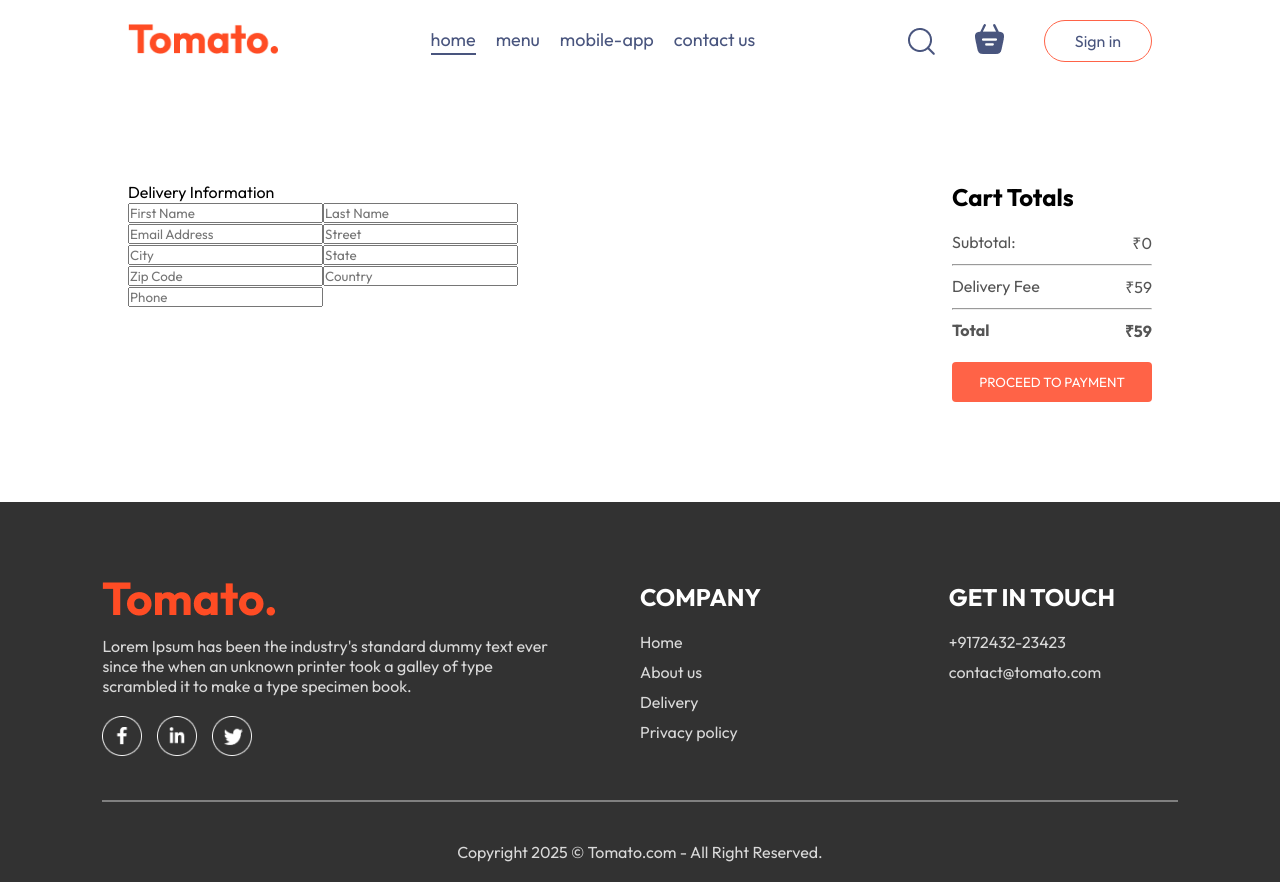
Repository: KartikChouhan03/food-delivery-app
Page: /order (app in frontend/)
The author's editor kept a copy of each file at every save. The page is drawn from the files as they stood at one save, then again after the next save.
The browser window is 1280 px wide. The pictures show the whole page.
Some web fonts or font styles are not loaded; a fallback is used. The project was rebuilt for these pictures with package versions that can differ from the ones it lists, and the page was loaded fresh each time. Also part of the build but not shown: frontend/vite.config.js, frontend/src/components/Header/Header.css, frontend/src/components/Header/Header.jsx, frontend/src/components/ExploreMenu/ExploreMenu.css, frontend/src/components/ExploreMenu/ExploreMenu.jsx, frontend/src/components/FoodDisplay/FoodDisplay.css, frontend/src/components/FoodItem/FoodItem.css, frontend/src/components/FoodItem/FoodItem.jsx and 7 more.

Above is the page before, as saved 2025-08-16 15:19:56.

### frontend/index.html
<!doctype html>
<html lang="en">
  <head>
    <meta charset="UTF-8" />
    <link rel="icon" type="image/svg+xml" href="" />
    <meta name="viewport" content="width=device-width, initial-scale=1.0" />
    <title>Foodify</title>
  </head>
  <body>
    <div id="root"></div>
    <script type="module" src="/src/main.jsx"></script>
  </body>
</html>

### frontend/src/main.jsx
import { createRoot } from 'react-dom/client'
import './index.css'
import App from './App.jsx'
import { BrowserRouter} from 'react-router-dom'
import StoreContextProvider from './context/StoreContext.jsx'


createRoot(document.getElementById('root')).render(
  <BrowserRouter>
    <StoreContextProvider>
      <App />
    </StoreContextProvider>
  </BrowserRouter>


)

### frontend/src/index.css

@import url('https://fonts.googleapis.com/css2?family=Montserrat:ital,wght@0,100..900;1,100..900&family=Outfit:wght@100..900&family=Playfair+Display:ital,wght@0,400..900;1,400..900&display=swap');


*{
  padding: 0;
  margin: 0;
  box-sizing: border-box;
  font-family: Outfit;
  scroll-behavior: smooth;
}

body{
  min-height: 100vh;
}

a{
  text-decoration: none;
  color: inherit;
}

.app{
  width: 80%;
  margin: auto;
}

@keyframes fadeIn{
  0%{
    opacity: 0;
  }
  100%{
    opacity: 1;
  }
}

### frontend/src/App.jsx
import React, { useState } from 'react'
import Navbar from './components/Navbar/Navbar'
import { Route, Routes } from 'react-router-dom'
import Home from './pages/Home/Home'
import Cart from './pages/Cart/Cart'
import PlaceOrder from './pages/PlaceOrder/PlaceOrder'
import Footer from './components/Footer/Footer'
import LoginPopup from './components/LoginPopup/LoginPopup'


const App = () => {

  const [showLogin,setShowLogin] = useState(false)


  return (
    <>
    {showLogin?<LoginPopup setShowLogin={setShowLogin}/>:<></>}
      <div className='app'>
        <Navbar setShowLogin={setShowLogin} />
        <Routes>
          <Route path="/" element={<Home />} />
          <Route path="/cart" element={<Cart />} />
          <Route path="/order" element={<PlaceOrder/>} />
        </Routes>
      </div>
      <Footer/>
    </>

  )
}

export default App

### frontend/src/context/StoreContext.jsx
import { createContext, useEffect, useState } from "react";
import { food_list } from "../assets/assets";


export const StoreContext = createContext(null)

const StoreContextProvider = (props) =>{

    const [cartItems, setCartItems] = useState({});

    const addToCart =(itemId)=>{
        if(!cartItems[itemId]){
            setCartItems((prev)=>({...prev,[itemId]:1}))
        }
        else{
            setCartItems((prev)=>({...prev,[itemId]:prev[itemId]+1}))
        }
    }

    const removeFromCart =(itemId) =>{
        setCartItems((prev)=>({...prev,[itemId]:prev[itemId]-1}))
    }


    const getTotalCartAmount =()=>{
        let totalAmount = 0;
        for(const item in cartItems){
            if(cartItems[item]>0){
                let itemInfo = food_list.find((product)=>product._id === item);
                totalAmount += itemInfo.price*cartItems[item];
            }
        }
        return totalAmount;
    }


    const contextValue = {
        food_list,
        cartItems,
        setCartItems,
        addToCart,
        removeFromCart,
        getTotalCartAmount,
    }



    return (
        <StoreContext.Provider value ={contextValue}>
            {props.children}
        </StoreContext.Provider>
    )

}

export default StoreContextProvider;

### frontend/src/components/Navbar/Navbar.jsx
import React, { useContext, useState } from 'react'
import './Navbar.css'
import {assets} from '../../assets/assets.js'
import {Link} from 'react-router-dom';
import { StoreContext } from '../../context/StoreContext.jsx';

const Navbar = ({setShowLogin}) => {

  const [menu,setMenu] = useState("home");

  const {getTotalCartAmount} = useContext(StoreContext);


  return (
    <div className='navbar'>
      <Link to='/'><img className='logo' src={assets.logo} alt="" /></Link>
      <ul className='navbar-menu'>
        <Link to='/' onClick={()=>setMenu("home")} className={menu==="home"?"active":""}>home</Link>
        <a href='#explore-menu' onClick={()=>setMenu("menu")} className={menu==="menu"?"active":""}>menu</a>
        <a href='#app-download' onClick={()=>setMenu("mobile-app")} className={menu==="mobile-app"?"active":""}>mobile-app</a>
        <a href='#footer' onClick={()=>setMenu("contact-us")} className={menu==="contact-us"?"active":""}>contact us</a>
      </ul>
      <div className="navbar-right">
        <img src={assets.search_icon} alt="" />
        <div className='navbar-search-icon'>
          <Link to='/cart'><img src={assets.basket_icon} alt="" /></Link>
          <div className={getTotalCartAmount()===0?"":"dot"}></div>
        </div>
        <button onClick={()=>setShowLogin(true)}>Sign in</button>
      </div>
    </div>
  )
}

export default Navbar

### frontend/src/pages/PlaceOrder/PlaceOrder.jsx
import React, { useContext } from 'react'
import './PlaceOrder.css'
import { StoreContext } from '../../context/StoreContext'

const PlaceOrder = () => {

  const {getTotalCartAmount} = useContext(StoreContext);

  return (
    <form className='place-order'>
      <div className="place-order-left">
        <p className='title'>Delivery Information</p>
        <div className="multi-fields">
          <input type='text' placeholder='First Name'/>
          <input type="text" placeholder='Last Name' />
        </div>
        <input type="text" placeholder='Email Address' />
        <input type="text" placeholder='Street' />
        <div className="multi-fields">
          <input type='text' placeholder='City'/>
          <input type="text" placeholder='State' />
        </div>
        <div className="multi-fields">
          <input type='text' placeholder='Zip Code'/>
          <input type="text" placeholder='Country' />
        </div>
        <input type="text" placeholder='Phone' />
      </div>
      <div className="place-order-right">
        <div className='cart-total'>
          <h2>Cart Totals</h2>
          <div>
            <div className="cart-total-details">
              <p>Subtotal:</p>
              <p>₹{getTotalCartAmount()}</p>
            </div>
            <hr />
            <div className="cart-total-details">
              <p>Delivery Fee</p>
              <p>₹{59}</p>
            </div>
            <hr />
            <div className="cart-total-details">
              <b>Total</b>
              <b>₹{getTotalCartAmount()+59}</b>
            </div>
          </div>
          <button>PROCEED TO PAYMENT</button>
        </div>
      </div>
    </form>
  )
}

export default PlaceOrder

### frontend/src/components/Footer/Footer.jsx
import React from 'react'
import './Footer.css'
import { assets } from '../../assets/assets'

const Footer = () => {
  return (
    <div className='footer' id='footer'>
      <div className="footer-content">
        <div className="footer-content-left">
            <img src={assets.logo} alt="" />
            <p>Lorem Ipsum has been the industry's standard dummy text ever since the when an unknown printer took a galley of type scrambled it to make a type specimen book.</p>
            <div className="footer-social-icons">
                <img src={assets.facebook_icon} alt="" />
                <img src={assets.linkedin_icon} alt="" />
                <img src={assets.twitter_icon} alt="" />
            </div>
        </div>
        <div className='footer-content-center'>
            <h2>COMPANY</h2>
            <ul>
                <li>Home</li>
                <li>About us</li>
                <li>Delivery</li>
                <li>Privacy policy</li>
            </ul>
        </div>
        <div className="footer-content-right">
            <h2>GET IN TOUCH</h2>
            <ul>
                <li>+9172432-23423</li>
                <li>contact@tomato.com</li>
            </ul>
        </div>
      </div>
      <hr />
        <p className='footer-copyright'>Copyright 2025 © Tomato.com - All Right Reserved.</p>
    </div>
  )
}

export default Footer

### frontend/src/assets/assets.js
import basket_icon from './basket_icon.png'
import logo from './logo.png'
import header_img from './header_img.png'
import search_icon from './search_icon.png'
import menu_1 from './menu_1.png'
import menu_2 from './menu_2.png'
import menu_3 from './menu_3.png'
import menu_4 from './menu_4.png'
import menu_5 from './menu_5.png'
import menu_6 from './menu_6.png'
import menu_7 from './menu_7.png'
import menu_8 from './menu_8.png'

import food_1 from './food_1.png'
import food_2 from './food_2.png'
import food_3 from './food_3.png'
import food_4 from './food_4.png'
import food_5 from './food_5.png'
import food_6 from './food_6.png'
import food_7 from './food_7.png'
import food_8 from './food_8.png'
import food_9 from './food_9.png'
import food_10 from './food_10.png'
import food_11 from './food_11.png'
import food_12 from './food_12.png'
import food_13 from './food_13.png'
import food_14 from './food_14.png'
import food_15 from './food_15.png'
import food_16 from './food_16.png'
import food_17 from './food_17.png'
import food_18 from './food_18.png'
import food_19 from './food_19.png'
import food_20 from './food_20.png'
import food_21 from './food_21.png'
import food_22 from './food_22.png'
import food_23 from './food_23.png'
import food_24 from './food_24.png'
import food_25 from './food_25.png'
import food_26 from './food_26.png'
import food_27 from './food_27.png'
import food_28 from './food_28.png'
import food_29 from './food_29.png'
import food_30 from './food_30.png'
import food_31 from './food_31.png'
import food_32 from './food_32.png'

import add_icon_white from './add_icon_white.png'
import add_icon_green from './add_icon_green.png'
import remove_icon_red from './remove_icon_red.png'
import app_store from './app_store.png'
import play_store from './play_store.png'
import linkedin_icon from './linkedin_icon.png'
import facebook_icon from './facebook_icon.png'
import twitter_icon from './twitter_icon.png'
import cross_icon from './cross_icon.png'
import selector_icon from './selector_icon.png'
import rating_starts from './rating_starts.png'
import profile_icon from './profile_icon.png'
import bag_icon from './bag_icon.png'
import logout_icon from './logout_icon.png'
import parcel_icon from './parcel_icon.png'

export const assets = {
    logo,
    basket_icon,
    header_img,
    search_icon,
    rating_starts,
    add_icon_green,
    add_icon_white,
    remove_icon_red,
    app_store,
    play_store,
    linkedin_icon,
    facebook_icon,
    twitter_icon,
    cross_icon,
    selector_icon,
    profile_icon,
    logout_icon,
    bag_icon,
    parcel_icon
}

export const menu_list = [
    {
        menu_name: "Salad",
        menu_image: menu_1
    },
    {
        menu_name: "Rolls",
        menu_image: menu_2
    },
    {
        menu_name: "Deserts",
        menu_image: menu_3
    },
    {
        menu_name: "Sandwich",
        menu_image: menu_4
    },
    {
        menu_name: "Cake",
        menu_image: menu_5
    },
    {
        menu_name: "Pure Veg",
        menu_image: menu_6
    },
    {
        menu_name: "Pasta",
        menu_image: menu_7
    },
    {
        menu_name: "Noodles",
        menu_image: menu_8
    }]

export const food_list = [
    {
        _id: "1",
        name: "Greek salad",
        image: food_1,
        price: 12,
        description: "Food provides essential nutrients for overall health and well-being",
        category: "Salad"
    },
    {
        _id: "2",
        name: "Veg salad",
        image: food_2,
        price: 18,
        description: "Food provides essential nutrients for overall health and well-being",
        category: "Salad"
    }, {
        _id: "3",
        name: "Clover Salad",
        image: food_3,
        price: 16,
        description: "Food provides essential nutrients for overall health and well-being",
        category: "Salad"
    }, {
        _id: "4",
        name: "Chicken Salad",
        image: food_4,
        price: 24,
        description: "Food provides essential nutrients for overall health and well-being",
        category: "Salad"
    }, {
        _id: "5",
        name: "Lasagna Rolls",
        image: food_5,
        price: 14,
        description: "Food provides essential nutrients for overall health and well-being",
        category: "Rolls"
    }, {
        _id: "6",
        name: "Peri Peri Rolls",
        image: food_6,
        price: 12,
        description: "Food provides essential nutrients for overall health and well-being",
        category: "Rolls"
    }, {
        _id: "7",
        name: "Chicken Rolls",
        image: food_7,
        price: 20,
        description: "Food provides essential nutrients for overall health and well-being",
        category: "Rolls"
    }, {
        _id: "8",
        name: "Veg Rolls",
        image: food_8,
        price: 15,
        description: "Food provides essential nutrients for overall health and well-being",
        category: "Rolls"
    }, {
        _id: "9",
        name: "Ripple Ice Cream",
        image: food_9,
        price: 14,
        description: "Food provides essential nutrients for overall health and well-being",
        category: "Deserts"
    }, {
        _id: "10",
        name: "Fruit Ice Cream",
        image: food_10,
        price: 22,
        description: "Food provides essential nutrients for overall health and well-being",
        category: "Deserts"
    }, {
        _id: "11",
        name: "Jar Ice Cream",
        image: food_11,
        price: 10,
        description: "Food provides essential nutrients for overall health and well-being",
        category: "Deserts"
    }, {
        _id: "12",
        name: "Vanilla Ice Cream",
        image: food_12,
        price: 12,
        description: "Food provides essential nutrients for overall health and well-being",
        category: "Deserts"
    },
    {
        _id: "13",
        name: "Chicken Sandwich",
        image: food_13,
        price: 12,
        description: "Food provides essential nutrients for overall health and well-being",
        category: "Sandwich"
    },
    {
        _id: "14",
        name: "Vegan Sandwich",
        image: food_14,
        price: 18,
        description: "Food provides essential nutrients for overall health and well-being",
        category: "Sandwich"
    }, {
        _id: "15",
        name: "Grilled Sandwich",
        image: food_15,
        price: 16,
        description: "Food provides essential nutrients for overall health and well-being",
        category: "Sandwich"
    }, {
        _id: "16",
        name: "Bread Sandwich",
        image: food_16,
        price: 24,
        description: "Food provides essential nutrients for overall health and well-being",
        category: "Sandwich"
    }, {
        _id: "17",
        name: "Cup Cake",
        image: food_17,
        price: 14,
        description: "Food provides essential nutrients for overall health and well-being",
        category: "Cake"
    }, {
        _id: "18",
        name: "Vegan Cake",
        image: food_18,
        price: 12,
        description: "Food provides essential nutrients for overall health and well-being",
        category: "Cake"
    }, {
        _id: "19",
        name: "Butterscotch Cake",
        image: food_19,
        price: 20,
        description: "Food provides essential nutrients for overall health and well-being",
        category: "Cake"
    }, {
        _id: "20",
        name: "Sliced Cake",
        image: food_20,
        price: 15,
        description: "Food provides essential nutrients for overall health and well-being",
        category: "Cake"
    }, {
        _id: "21",
        name: "Garlic Mushroom ",
        image: food_21,
        price: 14,
        description: "Food provides essential nutrients for overall health and well-being",
        category: "Pure Veg"
    }, {
        _id: "22",
        name: "Fried Cauliflower",
        image: food_22,
        price: 22,
        description: "Food provides essential nutrients for overall health and well-being",
        category: "Pure Veg"
    }, {
        _id: "23",
        name: "Mix Veg Pulao",
        image: food_23,
        price: 10,
        description: "Food provides essential nutrients for overall health and well-being",
        category: "Pure Veg"
    }, {
        _id: "24",
        name: "Rice Zucchini",
        image: food_24,
        price: 12,
        description: "Food provides essential nutrients for overall health and well-being",
        category: "Pure Veg"
    },
    {
        _id: "25",
        name: "Cheese Pasta",
        image: food_25,
        price: 12,
        description: "Food provides essential nutrients for overall health and well-being",
        category: "Pasta"
    },
    {
        _id: "26",
        name: "Tomato Pasta",
        image: food_26,
        price: 18,
        description: "Food provides essential nutrients for overall health and well-being",
        category: "Pasta"
    }, {
        _id: "27",
        name: "Creamy Pasta",
        image: food_27,
        price: 16,
        description: "Food provides essential nutrients for overall health and well-being",
        category: "Pasta"
    }, {
        _id: "28",
        name: "Chicken Pasta",
        image: food_28,
        price: 24,
        description: "Food provides essential nutrients for overall health and well-being",
        category: "Pasta"
    }, {
        _id: "29",
        name: "Buttter Noodles",
        image: food_29,
        price: 14,
        description: "Food provides essential nutrients for overall health and well-being",
        category: "Noodles"
    }, {
        _id: "30",
        name: "Veg Noodles",
        image: food_30,
        price: 12,
        description: "Food provides essential nutrients for overall health and well-being",
        category: "Noodles"
    }, {
        _id: "31",
        name: "Somen Noodles",
        image: food_31,
        price: 20,
        description: "Food provides essential nutrients for overall health and well-being",
        category: "Noodles"
    }, {
        _id: "32",
        name: "Cooked Noodles",
        image: food_32,
        price: 15,
        description: "Food provides essential nutrients for overall health and well-being",
        category: "Noodles"
    }
]

### frontend/src/components/Navbar/Navbar.css
.navbar{
    padding: 20px 0px;
    display: flex;
    justify-content: space-between;
    align-items: center;
}

.navbar .logo{
    width: 150px;
}

.navbar-menu{
    display: flex;
    list-style: none;
    gap: 20px;
    color: #49557e;
    font-size: 18px;
}

.navbar-right{
    display: flex;
    align-items: center;
    gap: 40px;
}

.navbar button{
    background: transparent;
    font-size: 16px;
    color: #49557e;
    border: 1px solid tomato;
    padding: 10px 30px;
    border-radius: 50px;
    cursor: pointer;
    transition: 0.4s;
}

.navbar button:hover{
    background-color: #fff4f2;
}

.navbar .active{
    padding-bottom: 2px;
    border-bottom: 2px solid #49557e;
}

.navbar li{
    cursor: pointer;
}

.navbar-search-icon {
    position: relative;
}

.navbar-search-icon .dot{
    position: absolute;
    min-width: 10px;
    min-height: 10px;
    background-color: tomato;
    border-radius:5px ;
    top: -8px;
    right: -8px;
}


@media (max-width: 1050px){
    .navbar .logo{
        width: 140px;
    }
    .navbar-menu{
        gap: 20px;
        font-size: 17px;
    }
    .navbar-right{
        gap: 30px;
    }
    .navbar-right img{
        width: 22px;
    }
    .navbar-right button{
        padding: 8px 25px;
    }
}

@media (max-width: 900px){
    .navbar .logo{
        width: 120px;
    }
    .navbar-menu{
        gap: 15px;
        font-size: 15px;
    }
    .navbar-right{
        gap: 20px;
    }
    .navbar-right img{
        width: 20px;
    }
    .navbar-right button{
        padding: 7px 20px;
        font-size: 15px;
    }
}

@media (max-width: 750px){
    .navbar-menu{
        display: none;
    }
}

### frontend/src/pages/Cart/Cart.css
.cart{
    margin-top: 100px;

}

.cart-items-title{
    display: grid;
    grid-template-columns: 1fr 1.5fr 1fr 1fr 1fr 0.5fr;
    align-items: center;
    color: gray;
    font-size: max(1vw, 12px);
}

.cart-items-item{
    margin: 10px 0px;
    color: black;
}

.cart-items-item img{
    width: 50px;
}

.cart hr{
    height: 1px;
    background-color: #e2e2e2;
    border: none;
}

.cart-items-item .cross{
    cursor: pointer;
}



.cart-bottom{
    margin-top: 80px;
    display: flex;
    justify-content: space-between;
    gap:  max(12vw,20px);
}

.cart-total{
    flex: 1;
    display: flex;
    flex-direction: column;
    gap: 20px;
}

.cart-total-details{
    display: flex;
    justify-content: space-between;
    color: #555;

}

.cart-total hr{
    margin: 10px 0px;
}

.cart-total button{
    border: none;
    color:  white;
    background-color: tomato;
    width: max(15vw, 200px);
    padding: 12px 0px;
    border-radius: 4px;
    cursor: pointer;
}

.cart-promocode{
    flex: 1;

}

.cart-promocode p{
    color: #555;
}

.cart-promocode-input{
    margin-top: 10px;
    display: flex;
    justify-content: space-between;
    align-items: center;
    background-color: #eaeaea;
    border-radius: 4px ;

}

.cart-promocode-input input{
    background: transparent;
    border: none;
    outline: none;
    padding-left: 10px ;
}

.cart-promocode-input button{
    width: max(10vw,150px);
    padding: 12px 5px;
    background-color: black;
    border: none;
    color: white;
    border-radius: 4px;
}

@media (max-width:750px) {
    .cart-bottom{
        flex-direction: column-reverse ;

    }
    .cart-promocode{
        justify-content: start;
    }
}

### frontend/src/pages/PlaceOrder/PlaceOrder.css
.place-order{
    display: flex;
    align-items: start;
    justify-content: space-between;
    gap: 50px;
    margin-top: 100px;
}

### frontend/src/components/Footer/Footer.css
.footer{
    color: #d9d9d9;
    background-color: #323232;
    display: flex;
    flex-direction: column;
    align-items: center;
    gap: 20px;
    padding: 20px 8vw;
    padding-top: 80px ;
    margin-top: 100px ;
}

.footer-content{
    width: 100%;
    display: grid;
    grid-template-columns: 2fr 1fr 1fr;
    gap: 80px;
}

.footer-content-left, .footer-content-right, .footer-content-center{
    display: flex;
    flex-direction: column;
    align-items:start ;
    gap: 20px;
}


.footer-content-left li, .footer-content-right li , .footer-content-center li{
    list-style: none;
    margin-bottom: 10px;
    cursor: pointer;
}

.footer-content-right h2, .footer-content-center h2{
    color: white;
}


.footer-social-icons img{
    width: 40px;
    margin-right: 15px;
}

.footer hr{
    width: 100%;
    height: 2px;
    margin: 20px 0px;
    background-color: gray;
    border: none;
}

@media (max-width:750px) {
    .footer-content{
        display: flex;
        flex-direction: column;
        gap: 35px;
    }
    .footer-copyright{
        text-align: center;
    }
}

Loaded but not shown: frontend/src/pages/Home/Home.css (no stored copy; drawn as an empty file)

After the next save:
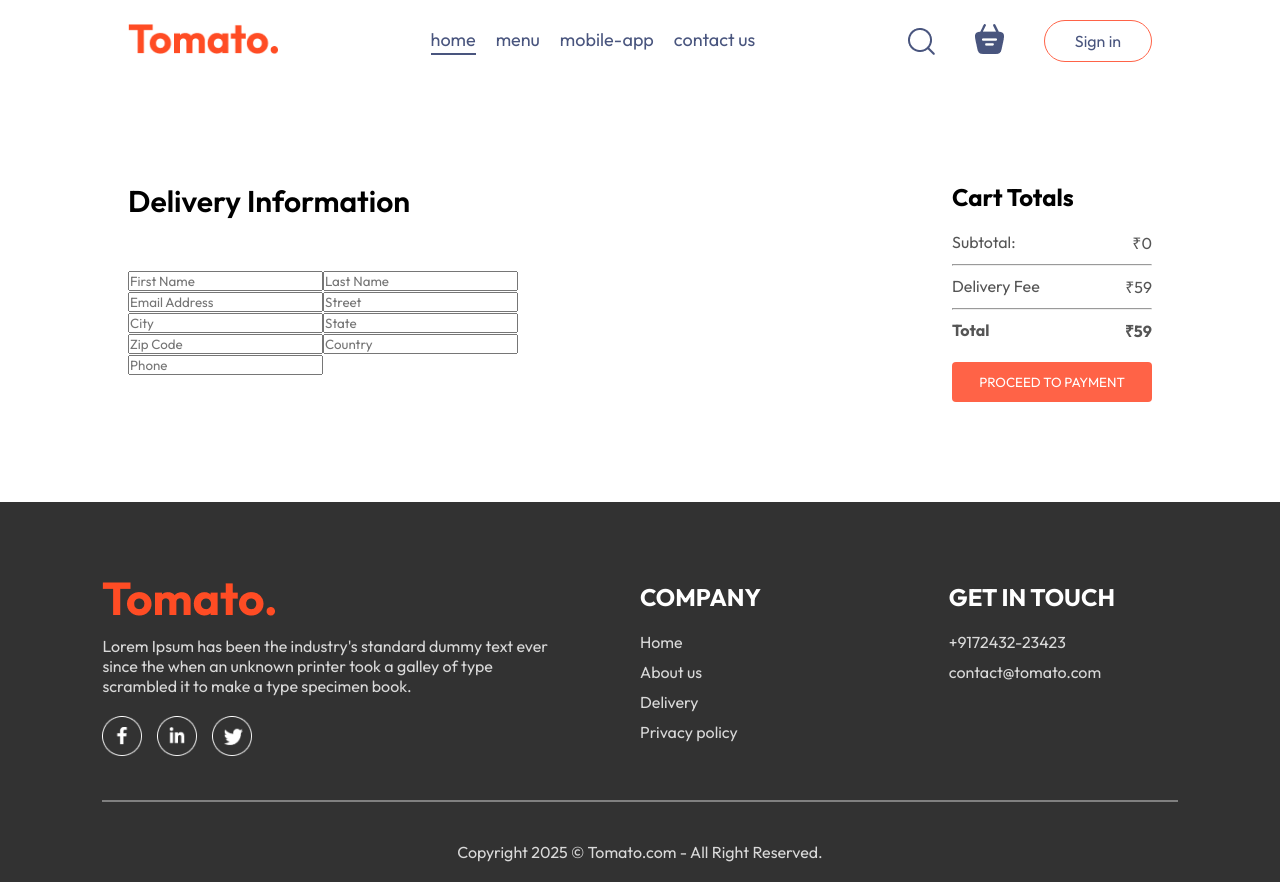
Saved 85 s later.
--- a/frontend/src/pages/PlaceOrder/PlaceOrder.css
+++ b/frontend/src/pages/PlaceOrder/PlaceOrder.css
@@ -5,3 +5,14 @@
     gap: 50px;
     margin-top: 100px;
 }
+
+.place-order-left{
+    width: 100%;
+    max-width: max(30%, 500px);
+}
+
+.place-order-left .title{
+    font-size: 30px;
+    font-weight: 600;
+    margin-bottom: 50px;
+}
